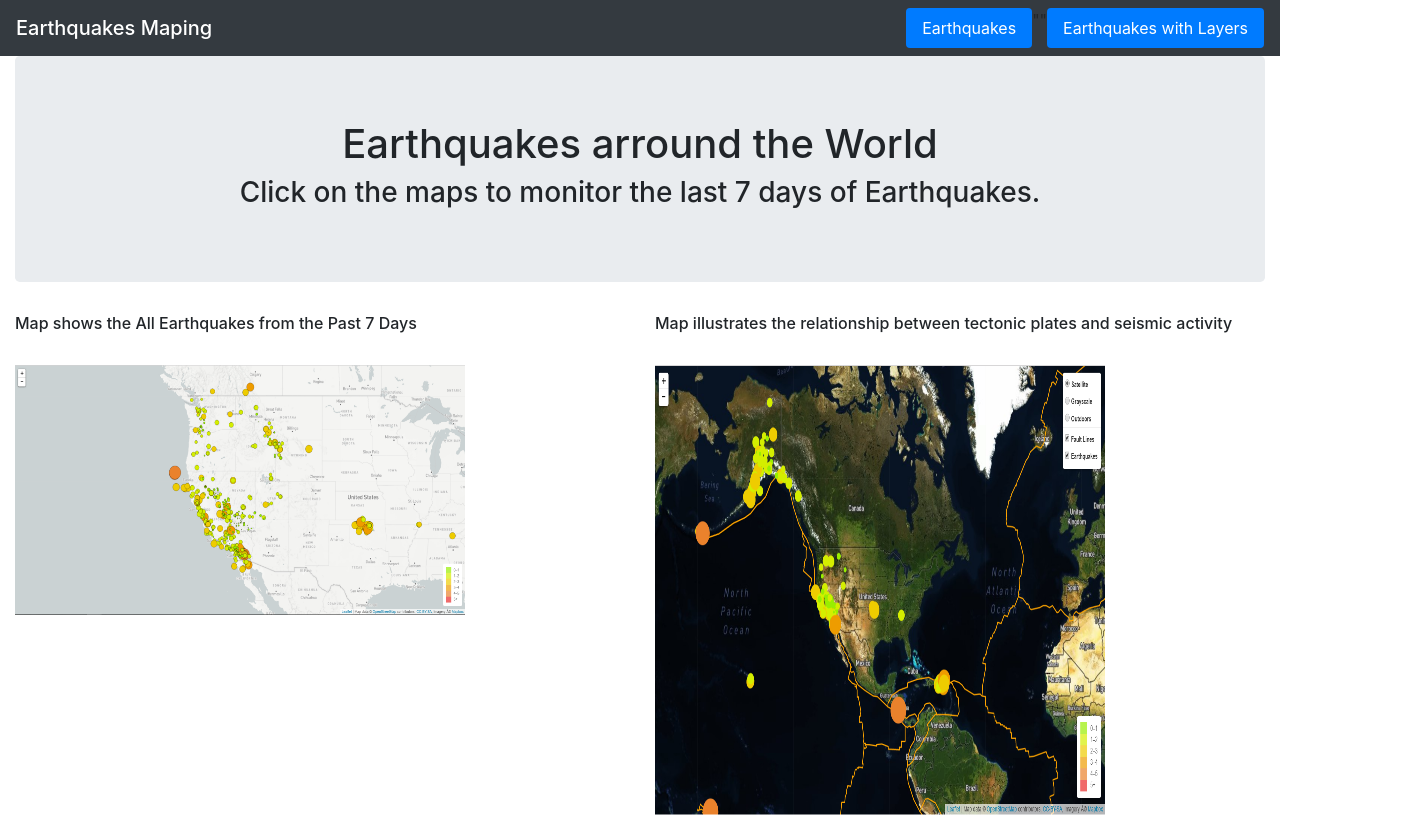
Repository: ermiasgelaye/leaflet-challenge
Page: index.html
The author's editor kept a copy of each file at every save. The page is drawn from the files as they stood at one save, then again after the next save.
The browser window is 1280 px wide. The page is 1280 px wide, then 1405 px, so the pictures cover 1405 px, including what lies to the right of the window. The pictures show the whole page.

Above is the page before, as saved 2020-09-18 22:38:13.

After the next save:
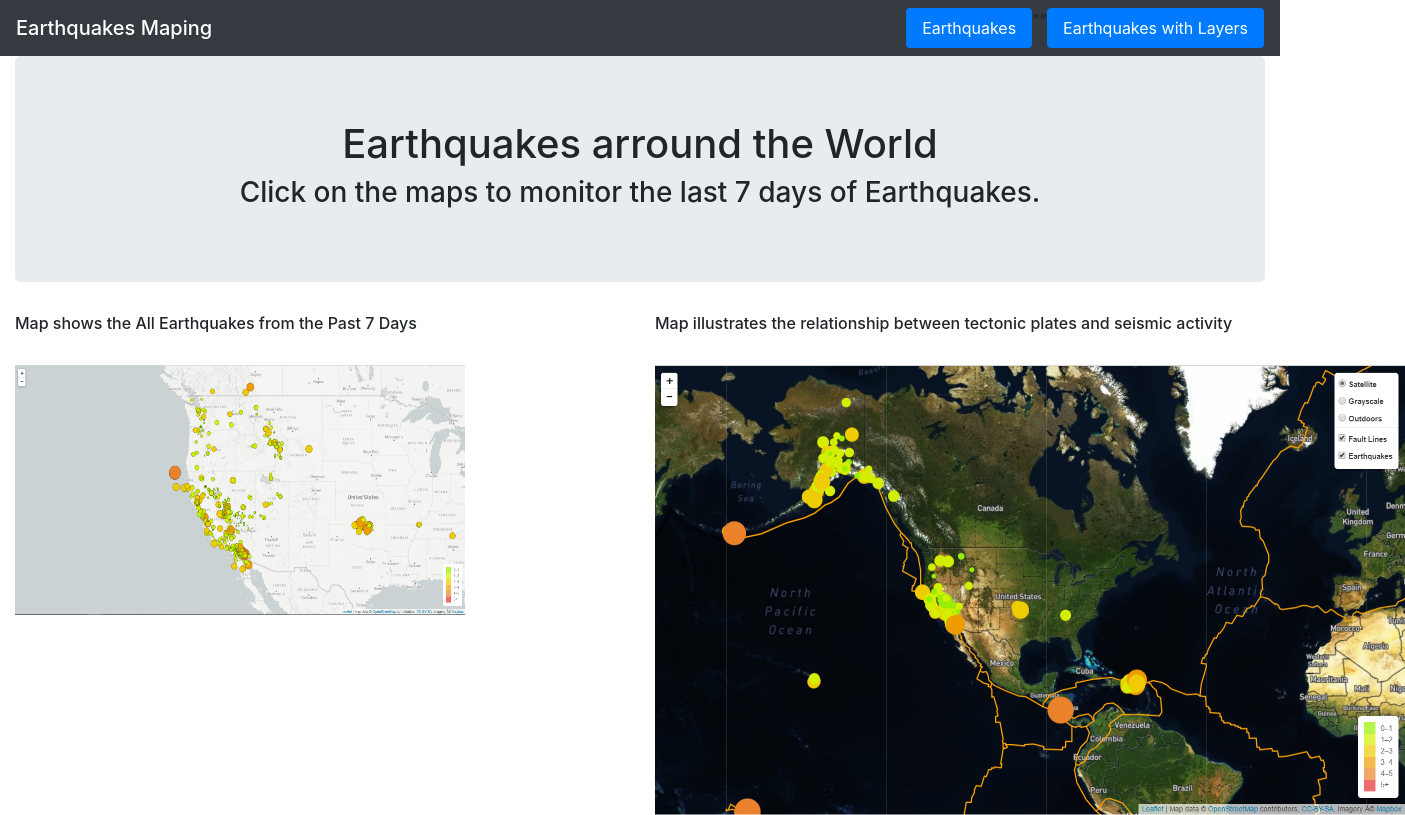
Saved 7 s later.
--- a/index.html
+++ b/index.html
@@ -61,7 +61,7 @@
             </h6>
             <br />
             <a href="Leaflet-Step-2/step-2.html">
-                <img src="images/5-Advanced.png" alt="Mapping with Layers" width="450" height="450" /></a>
+                <img src="images/5-Advanced.png" alt="Mapping with Layers" width="750" height="450" /></a>
         </div>
         </div>
         </div>
